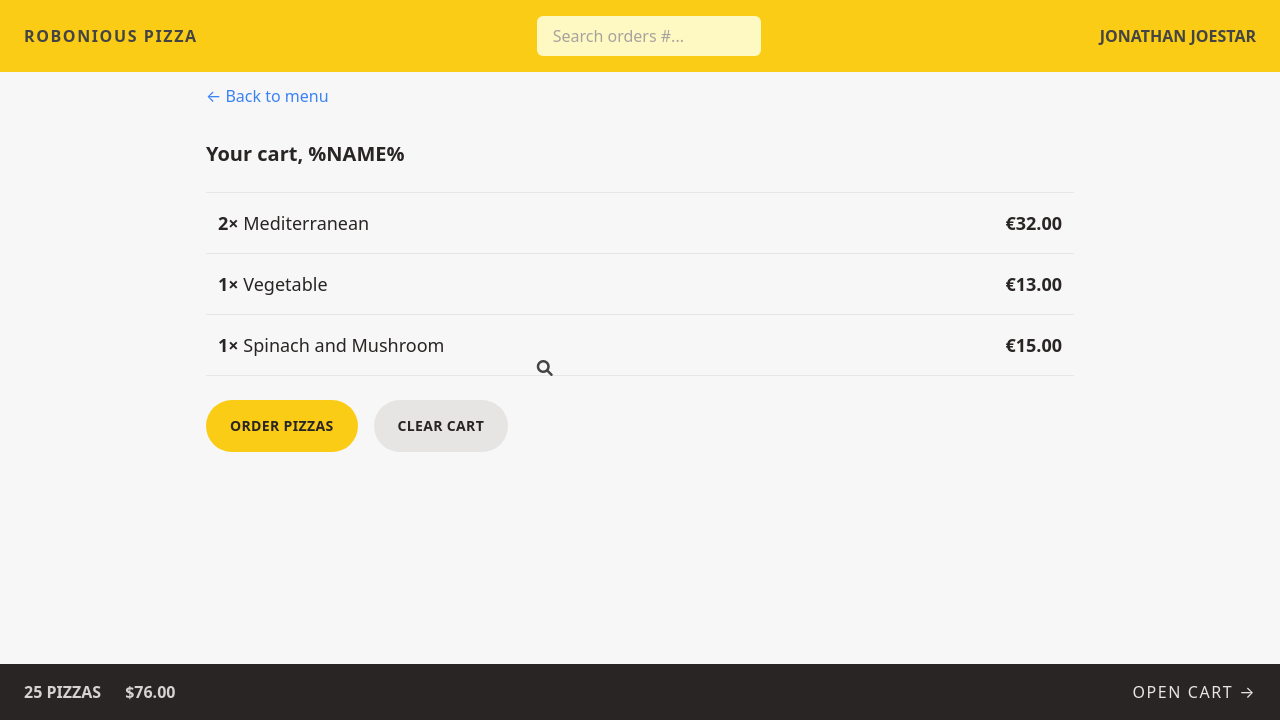
Repository: Alexro04/fast-food
Page: /cart (app in fast-food/)
An editor plug-in stored every save of this project. The page is shown before and after the next save, followed by the edit.
The browser window is 1280 px wide. The pictures show the whole page.
The project was rebuilt for these pictures with package versions that can differ from the ones it lists, and the page was loaded fresh each time. Also part of the build but not shown: fast-food/vite.config.js, fast-food/src/features/user/CreateUser.jsx, fast-food/src/ui/Home.jsx, fast-food/src/ui/Loading.jsx, fast-food/src/utils/apiRestaurant.js, fast-food/src/features/order/OrderItem.jsx, fast-food/src/features/order/Order.jsx, fast-food/src/features/menu/MenuItem.jsx and 3 more.

Above is the page before, as saved 2025-03-14 05:47:27.

After the next save:
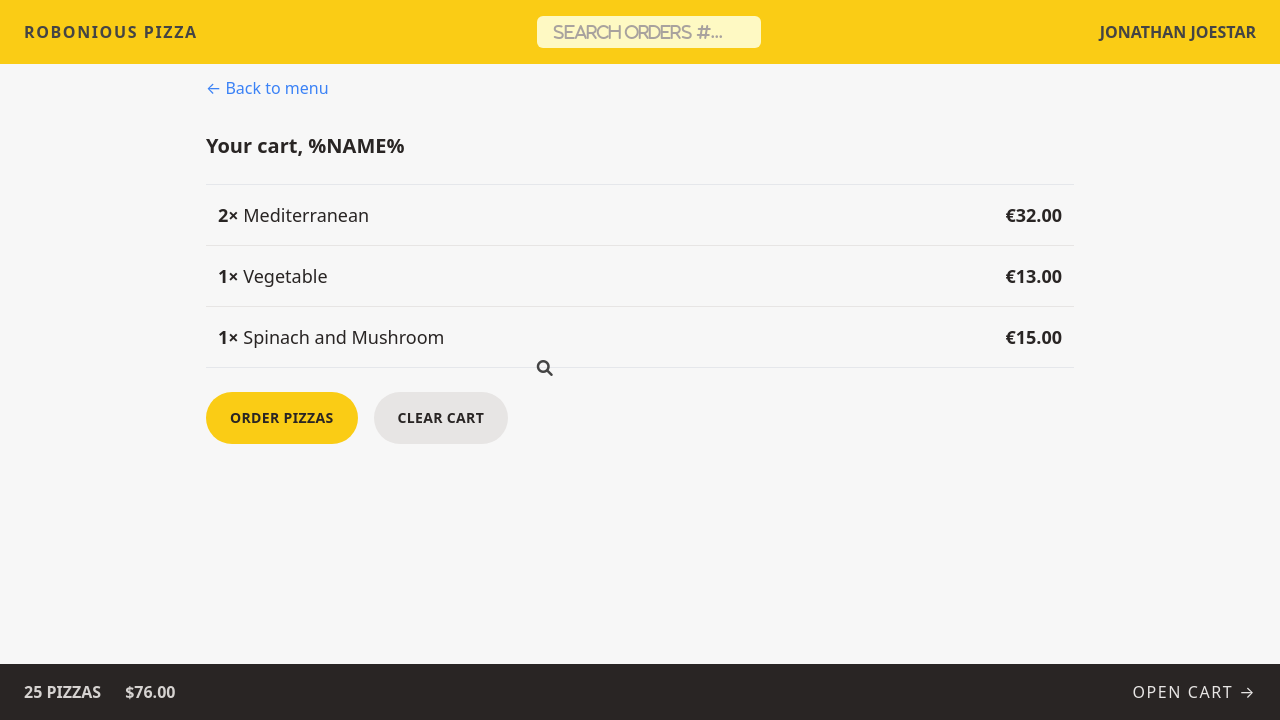
Saved 22 s later.
--- a/fast-food/src/ui/Search.jsx
+++ b/fast-food/src/ui/Search.jsx
@@ -20,7 +20,7 @@
         value={query}
         onChange={(e) => setQuery(e.target.value)}
         placeholder="Search orders #..."
-        className="duration- rounded-md bg-yellow-100 px-4 py-2 transition-all placeholder:text-stone-400 focus:outline-none focus:ring focus:ring-yellow-500 focus:ring-opacity-50 sm:w-56 sm:focus:w-72 sm:focus:ring"
+        className="fas fa-search duration- rounded-md bg-yellow-100 px-4 py-2 transition-all placeholder:text-stone-400 focus:outline-none focus:ring focus:ring-yellow-500 focus:ring-opacity-50 sm:w-56 sm:focus:w-72 sm:focus:ring"
       />
     </form>
   );

After the save that followed:
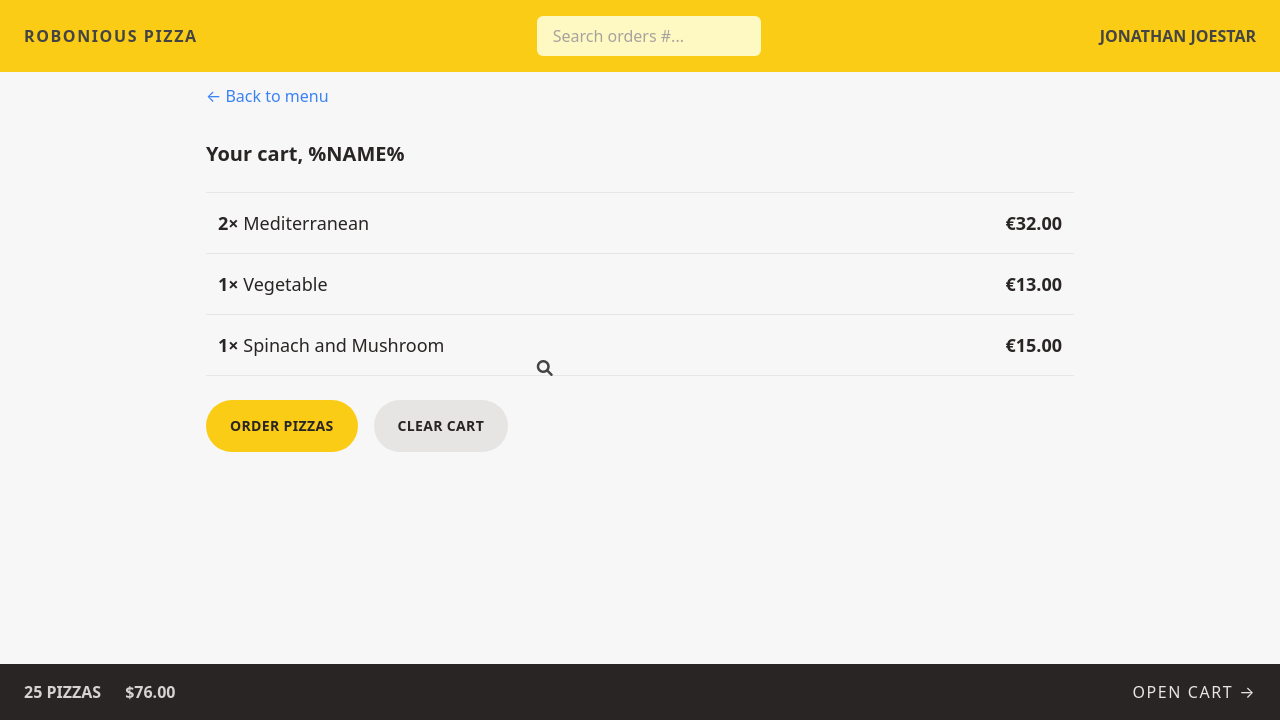
Saved 9 s later.
--- a/fast-food/src/ui/Search.jsx
+++ b/fast-food/src/ui/Search.jsx
@@ -20,7 +20,7 @@
         value={query}
         onChange={(e) => setQuery(e.target.value)}
         placeholder="Search orders #..."
-        className="fas fa-search duration- rounded-md bg-yellow-100 px-4 py-2 transition-all placeholder:text-stone-400 focus:outline-none focus:ring focus:ring-yellow-500 focus:ring-opacity-50 sm:w-56 sm:focus:w-72 sm:focus:ring"
+        className="duration- rounded-md bg-yellow-100 px-4 py-2 transition-all placeholder:text-stone-400 focus:outline-none focus:ring focus:ring-yellow-500 focus:ring-opacity-50 sm:w-56 sm:focus:w-72 sm:focus:ring"
       />
     </form>
   );
